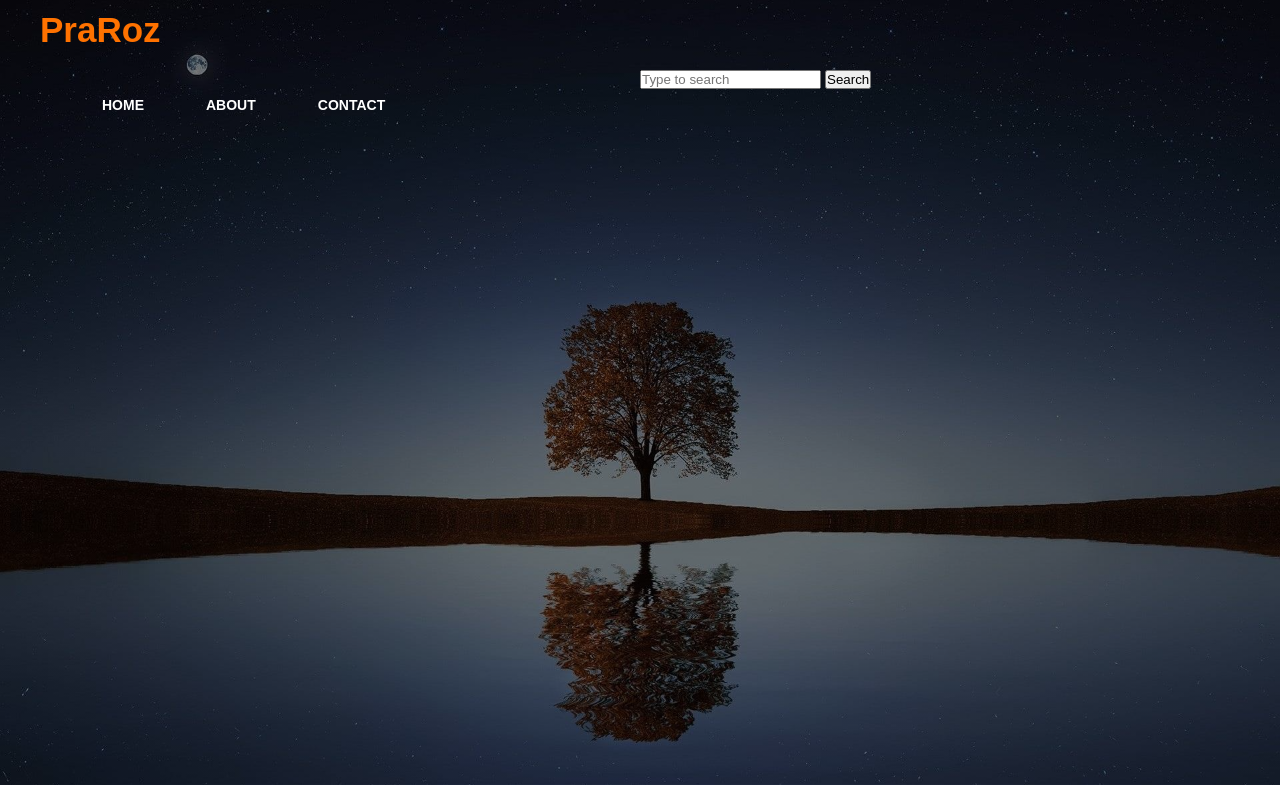
Repository: Cedrqmwesigwa/web-design-course
Page: index.html
These files come from the project's save history. The page is drawn as it stood at one moment and after a run of saves; the edit follows.
The browser window is 1280 px wide. The pictures show the whole page.

Above is the page before, as saved 2024-04-03 19:53:15.

### index.html
<!DOCTYPE html>
<html lang="en">
<head>
    <title>My Website</title>
    <link rel="stylesheet" href="style.css"/>
</head>
<body>
    <div class="main">
        <div class="navbar">
            <div class="icon">
                <h2 class="logo">PraRoz</h2>
            </div>
            <div class="menu">
                <ul>
                    <li><a href="#">HOME</a></li>
                    <li><a href="#">ABOUT</a></li>
                    <li><a href="#">CONTACT</a></li>
                </ul>
            </div>
            <div class="search">
                <input type="search" class="srch" name="" placeholder="Type to search">
                <a href="#"><button class="btn">Search</button></a>
            </i></div>
        </div>
    </div>


</body>
</html>

### style.css
*{
    margin: 0;
    padding: 0;
}

.main{
    width: 100% ;
    background: linear-gradient(to top, rgba(0,0,0,0.5)50%, rgba(0, 0, 0, 0.5)50%), url(1.jpg);
    background-position: center;
    background-size: cover;
    height: 109vh;
}

.navbar{
    width: 1200px;
    height: 75px;
    margin:  auto;
}

.icon{
    width: 200px;
    font: left;
    height: 70px;
}

.logo {
    color: #ff7200;
    font-size: 35px;
    font-family: Arial;
    float: left;
    padding-top: 10px;
}

.menu{
    width: 400px;
    float: left;
    height: 70px;
}

ul{
    float: left;
    display: flex;
    justify-content: center;
    align-items: center;
}

ul li{
    list-style: none;
    margin-left: 62px;
    margin-top: 27px;
    font-size: 14px;
}

ul li a{
    text-decoration: none;
    color: white;
    font-family: Arial;
    font-weight: bold;
    transition: .4 ease-in-out;
}

ul li a:hover{
    color:#ff7200
}

.search{
    width: 330px;
    float: left;
    margin-left: 200px;
}

.srch{
    font-family: ;
}

After the next 3 saves:
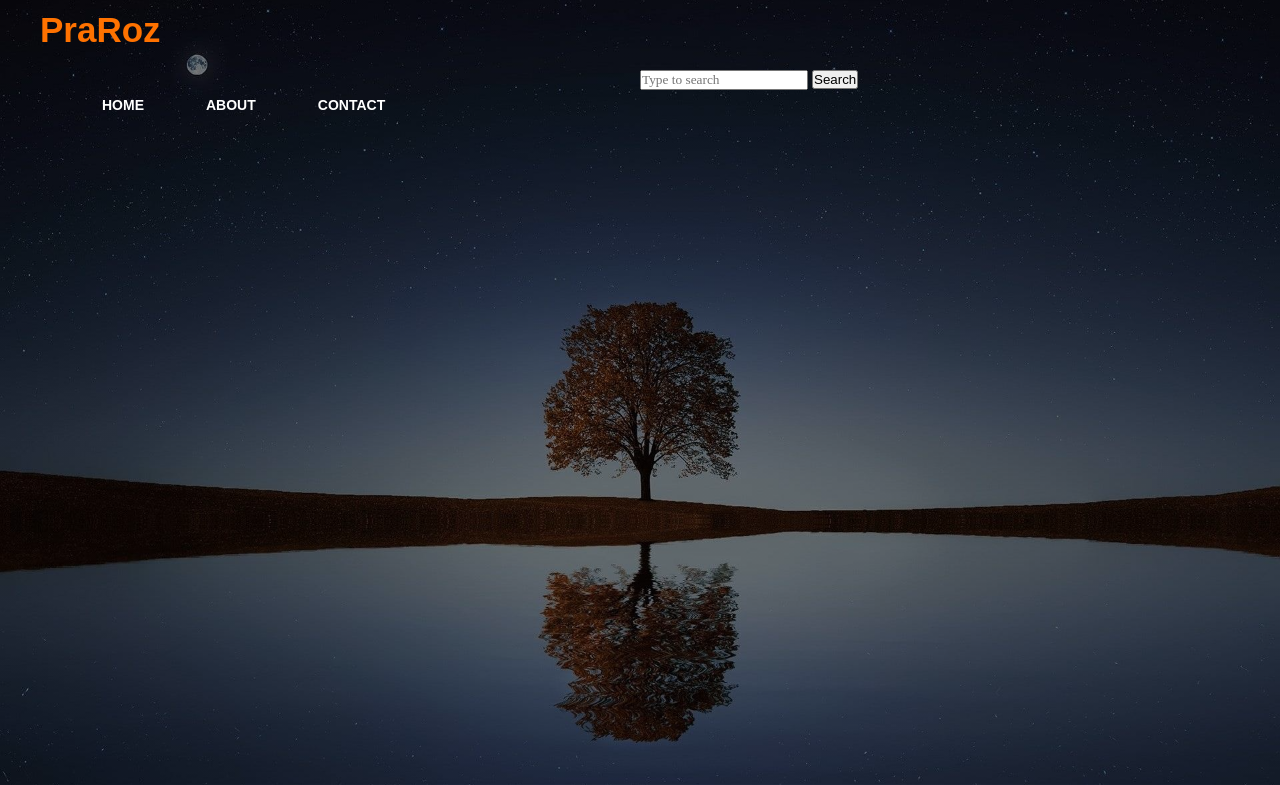
The 3 saves are shown as one change because they came seconds apart.
The last was saved 20 s later.
--- a/style.css
+++ b/style.css
@@ -70,5 +70,5 @@ ul li a:hover{
 }
 
 .srch{
-    font-family: ;
+    font-family: "Times New Roman";
 }
